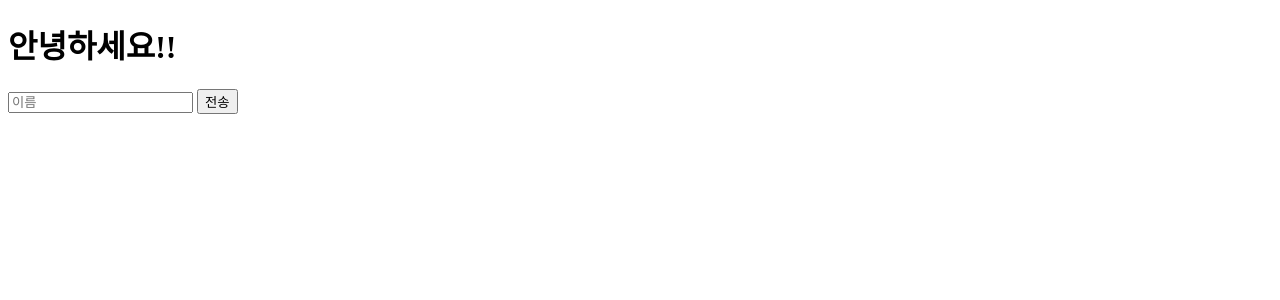
Repository: jijibaebaeeee/jsp-study
Page: http://localhost/day01/
The author's editor kept a copy of each file at every save. The page is drawn from the files as they stood at one save, then again after the next save.
The browser window is 1280 px wide. The pictures show the whole page.
The page is served by Tomcat 9.

Above is the page before, as saved 2025-01-09 08:42:08.

After the next save:
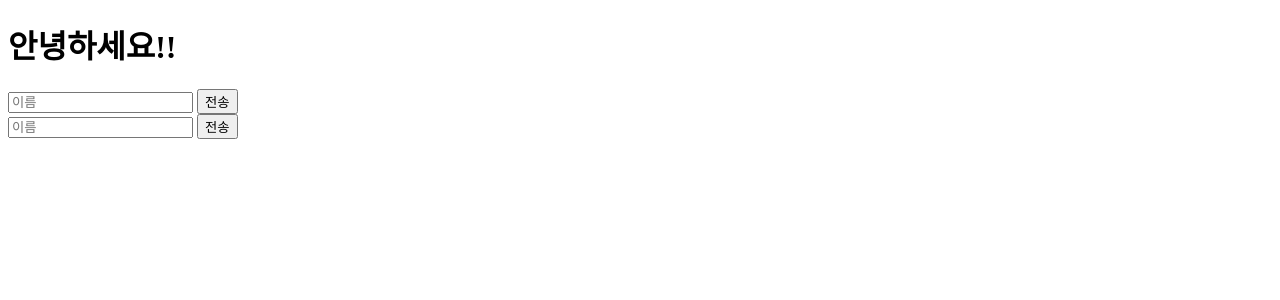
Saved 3 min 23 s later.
--- a/workspace/day01/src/main/webapp/index.jsp
+++ b/workspace/day01/src/main/webapp/index.jsp
@@ -17,6 +17,9 @@
 	<form action="Hello" method="get"> <!-- 서블릿주소 /Hello 에 get방식으로 전송한다 -->
 		<input type="text" name="user_Name" placeholder="이름">
 		<button>전송</button>
+
+
+
 		<!--
 		button 태그는 기본적으로 타입이 submit이다
 		submit 버튼은 현재 from 태그의 action에 작성된 경로로 요청(request)을 보낸다
@@ -25,5 +28,11 @@
 		index.jsp 파일인데 자바파일인 서블릿으로 요청을 보내기 위해서는 서블릿에 어노테이션으로 등록된 경로를 작성해주면된다-->
 	 <!--  form 태그는 action과 method 속성이 있다 -->
 	</form>
+
+	<form action="/My" method="get"> <!-- 서블릿주소 /Hello 에 get방식으로 전송한다 -->
+		<input type="text" name="userName" placeholder="이름">
+		<button>전송</button>
+	</form>
+
 </body>
 </html>
